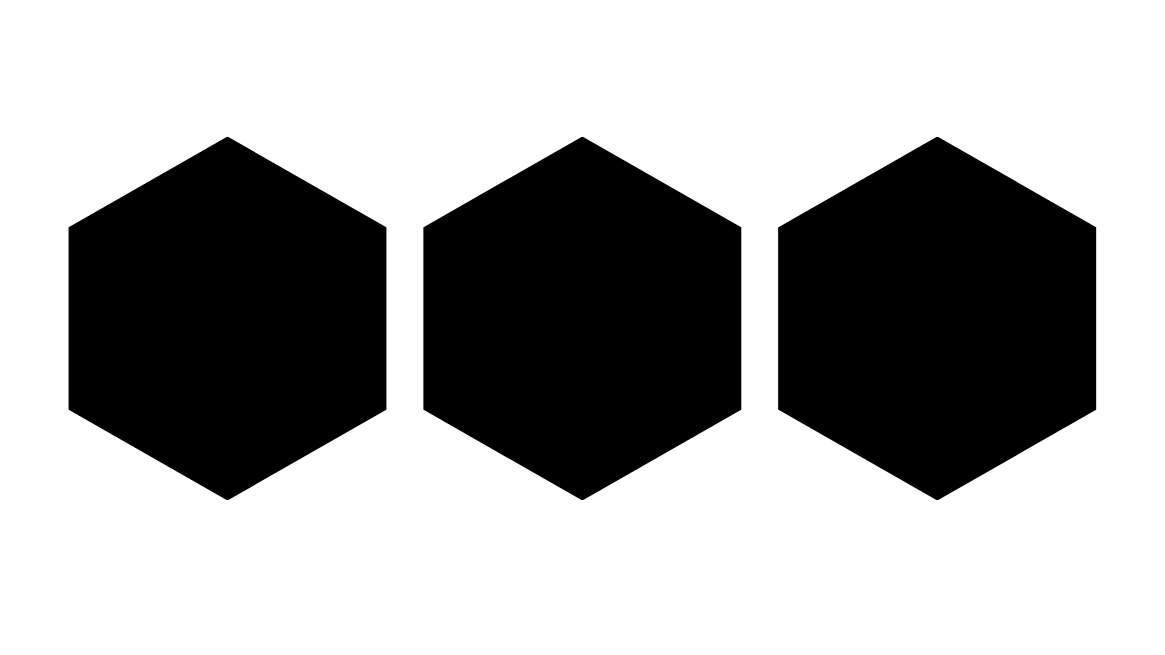
Repository: honghyunAhn/DailyFront
Page: Day210211_CSS_Hexagon_Div_Hover_Effects/index.html
These files come from the project's save history. The page is drawn as it stood at one moment and after the next save; the edit follows.
The browser window is 1280 px wide. The pictures show the whole page, at 91% of full size.

Above is the page before, as saved 2021-02-12 22:51:04.

### Day210211_CSS_Hexagon_Div_Hover_Effects/index.html
<!DOCTYPE html>
<html lang="en">
<head>
    <meta charset="UTF-8">
    <meta http-equiv="X-UA-Compatible" content="IE=edge">
    <meta name="viewport" content="width=device-width, initial-scale=1.0">
    <title>CSS Hexagon Div Hover Effects</title>
    <link rel="stylesheet" href="style.css">
</head>
<body>
    <div class="container">
        <div class="hexagon">
            <div class="shape"></div>
        </div>
        <div class="hexagon">
            <div class="shape"></div>
        </div>
        <div class="hexagon">
            <div class="shape"></div>
        </div>
    </div>
</body>
</html>

### Day210211_CSS_Hexagon_Div_Hover_Effects/style.css
@import url("https://fonts.googleapis.com/css?family=Poppins:200,300,400,500,600,700,800,900&display=swap");
* {
  margin: 0;
  padding: 0;
  box-sizing: border-box;
  font-family: "Poppins" sans-serif;
}
body {
  display: flex;
  justify-content: center;
  align-items: center;
  min-height: 100vh;
}
.container {
  position: relative;
  display: flex;
  justify-content: center;
  align-items: center;
  flex-wrap: wrap;
}
.container .hexagon {
  position: relative;
  width: 350px;
  height: 400px;
  margin: 50px 20px 70px;
}
.container .hexagon::before {
  content: "";
  position: absolute;
  bottom: -70px;
  width: 100%;
  height: 60px;
  background: radial-gradient(#rgba(0, 0, 0, 0.15), transparent, transparent);
  border-radius: 50%;
  transition: 0.5s;
}
.container .hexagon:hover::before {
  opacity: 0.8;
  transform: scale(0.8);
}
.container .hexagon .shape {
  position: absolute;
  top: 0;
  left: 0;
  width: 100%;
  height: 100%;
  background: #000;
  clip-path: polygon(0 25%, 50% 0, 100% 25%, 100% 75%, 50% 100%, 0 75%);
  transition: 0.5s;
}
.container .hexagon:hover .shape {
  transform: translateY(-30px);
}

After the next save:
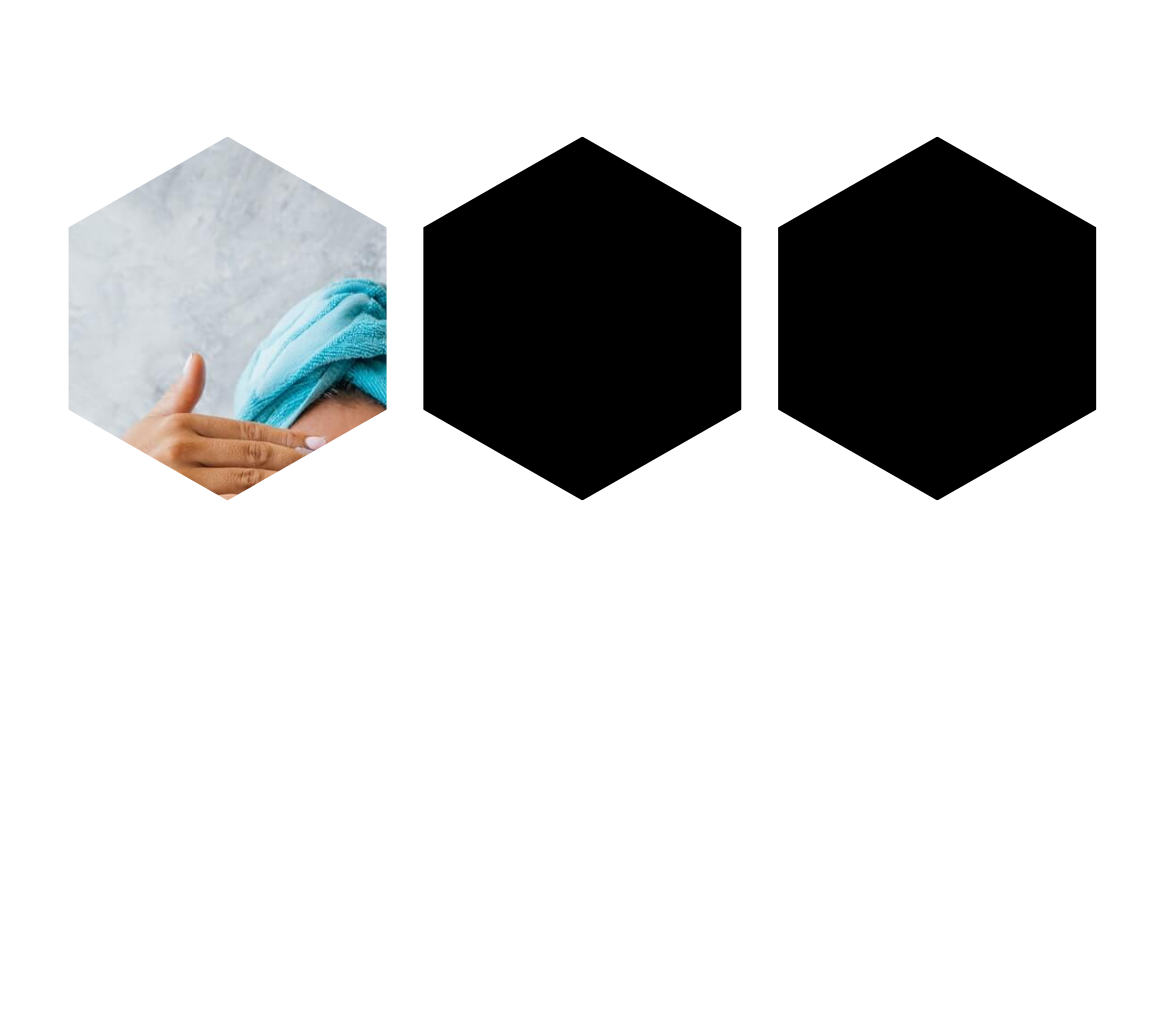
Saved 63 s later.
--- a/Day210211_CSS_Hexagon_Div_Hover_Effects/index.html
+++ b/Day210211_CSS_Hexagon_Div_Hover_Effects/index.html
@@ -10,7 +10,9 @@
 <body>
     <div class="container">
         <div class="hexagon">
-            <div class="shape"></div>
+            <div class="shape">
+                <img src="img/1.jpg" alt="">
+            </div>
         </div>
         <div class="hexagon">
             <div class="shape"></div>
